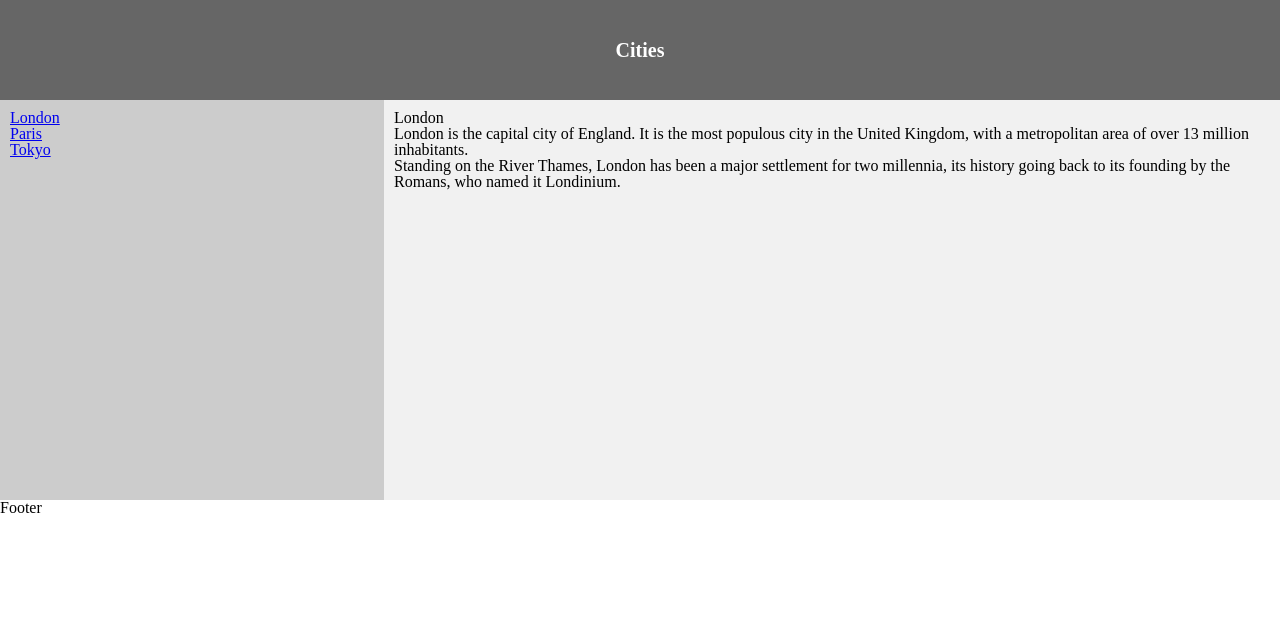
Repository: Tan-Khang21/TH_TKW--Buoi_06
Page: Bai_Tap_Tren_lop/Bai_01/LayoutCSS1.html
An editor plug-in stored every save of this project. The page is shown before and after the next save, followed by the edit.
The browser window is 1280 px wide. The pictures show the whole page.

Above is the page before, as saved 2024-03-11 19:56:12.

### Bai_Tap_Tren_lop/Bai_01/LayoutCSS1.html
<!DOCTYPE html>
<html lang="en">
  <head>
    <meta charset="UTF-8" />
    <meta name="viewport" content="width=device-width, initial-scale=1.0" />
    <title>Document</title>
    <link rel="stylesheet" href="style.css" />
    <link rel="stylesheet" href="reset.css" />
  </head>
  <body>
    <div class="title">Cities</div>
    <div class="content">
      <nav class="navigation">
        <a href="#">London</a>
        <a href="#">Paris</a>
        <a href="#">Tokyo</a>
      </nav>
      <div class="Article">
        <h5>London</h5>
        <p>
          London is the capital city of England. It is the most populous city in
          the United Kingdom, with a metropolitan area of over 13 million
          inhabitants.
        </p>
        <p>
          Standing on the River Thames, London has been a major settlement for
          two millennia, its history going back to its founding by the Romans,
          who named it Londinium.
        </p>
      </div>
    </div>
    <div class="Footer">Footer</div>
  </body>
</html>

### Bai_Tap_Tren_lop/Bai_01/style.css
* {
  box-sizing: border-box;
}
body {
  width: 100%;
}
.title {
  height: 100px;
  background-color: #666666;
  color: white;
  font-size: 20px;
  font-weight: bold;
  display: flex;
  align-items: center;
  justify-content: center;
}
.navigation {
  width: 30%;
  height: 400px;
  background-color: #cccccc;
  padding: 10px;
  display: flex;
  flex-direction: column;
  float: left;
}
.Article {
  width: 70%;
  height: 400px;
  background-color: #f1f1f1;
  float: right;
  padding: 10px;
}
footer {
  clear: both;
  width: 100%;
  height: 100px;
  background-color: #666666;
  color: white;
  font-size: 20px;
  font-weight: bold;
  display: flex;
  align-items: center;
  justify-content: center;
}

Loaded but not shown: Bai_Tap_Tren_lop/Bai_01/reset.css (common file)

After the next save:
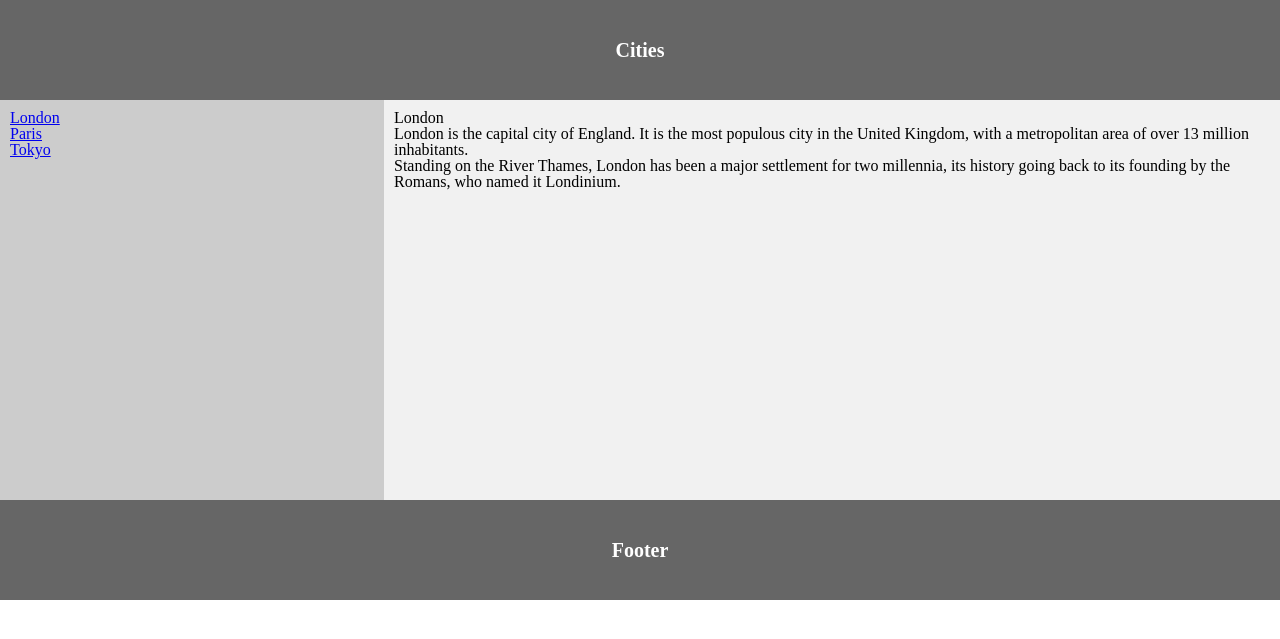
Saved 6 s later.
--- a/Bai_Tap_Tren_lop/Bai_01/style.css
+++ b/Bai_Tap_Tren_lop/Bai_01/style.css
@@ -30,7 +30,7 @@ body {
   float: right;
   padding: 10px;
 }
-footer {
+.Footer {
   clear: both;
   width: 100%;
   height: 100px;
